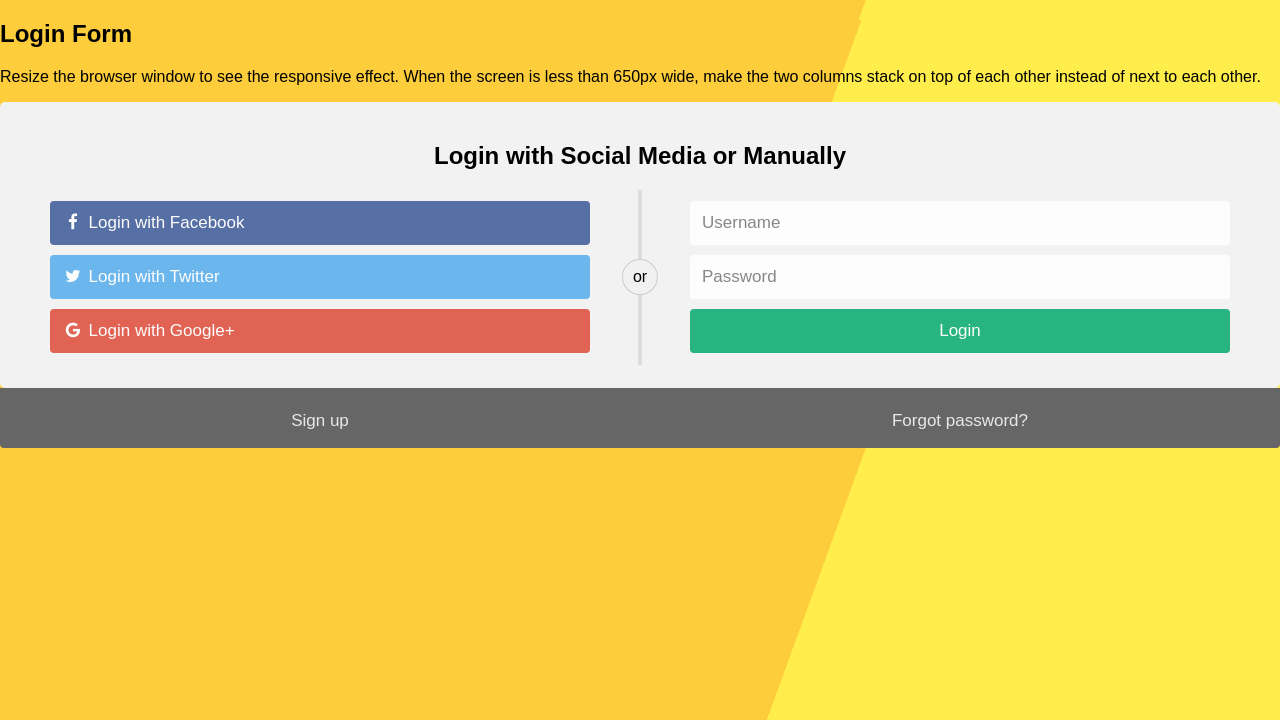
Repository: JohnRudolph1/Movie-Blog
Page: html/login.html
The author's editor kept a copy of each file at every save. The page is drawn from the files as they stood at one save, then again after the next save.
The browser window is 1280 px wide. The pictures show the whole page.

Above is the page before, as saved 2022-01-03 11:39:41.

After the next save:
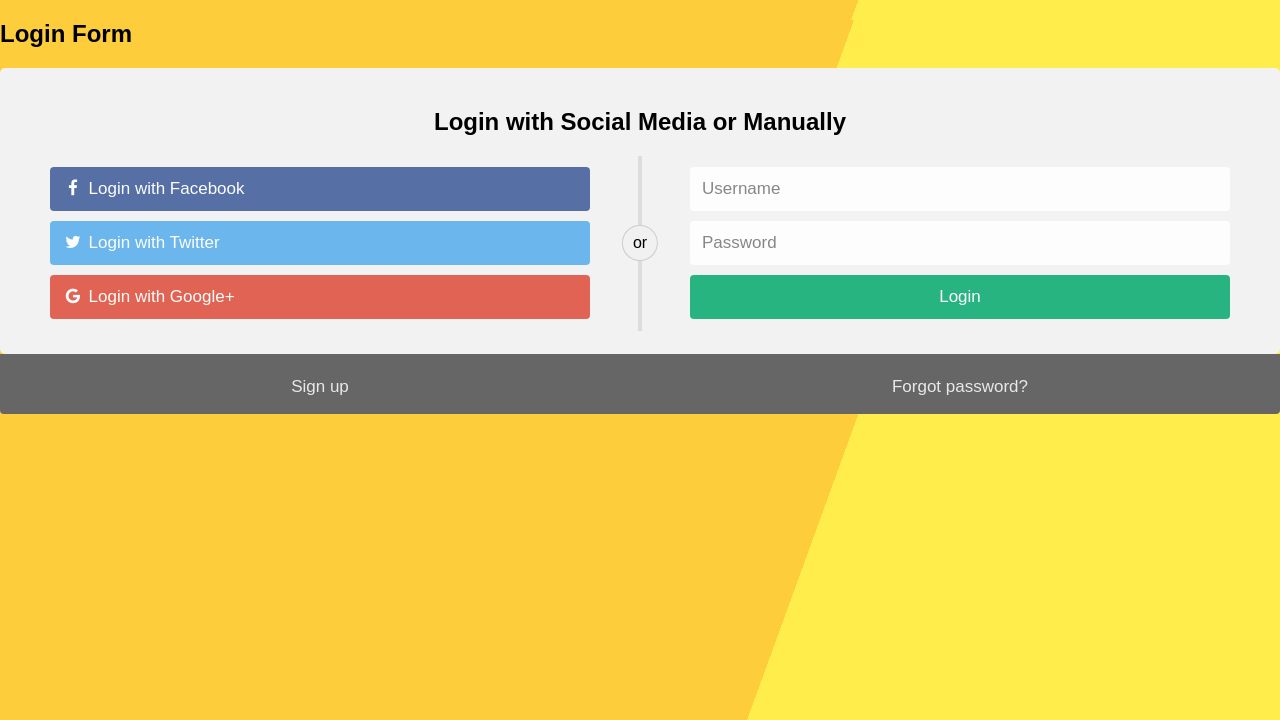
Saved 6 s later.
--- a/html/login.html
+++ b/html/login.html
@@ -9,7 +9,7 @@
 <body>
 
 <h2>Login Form</h2>
-<p>Resize the browser window to see the responsive effect. When the screen is less than 650px wide, make the two columns stack on top of each other instead of next to each other.</p>
+
 
 <div class="container">
   <form action="/action_page.php">
